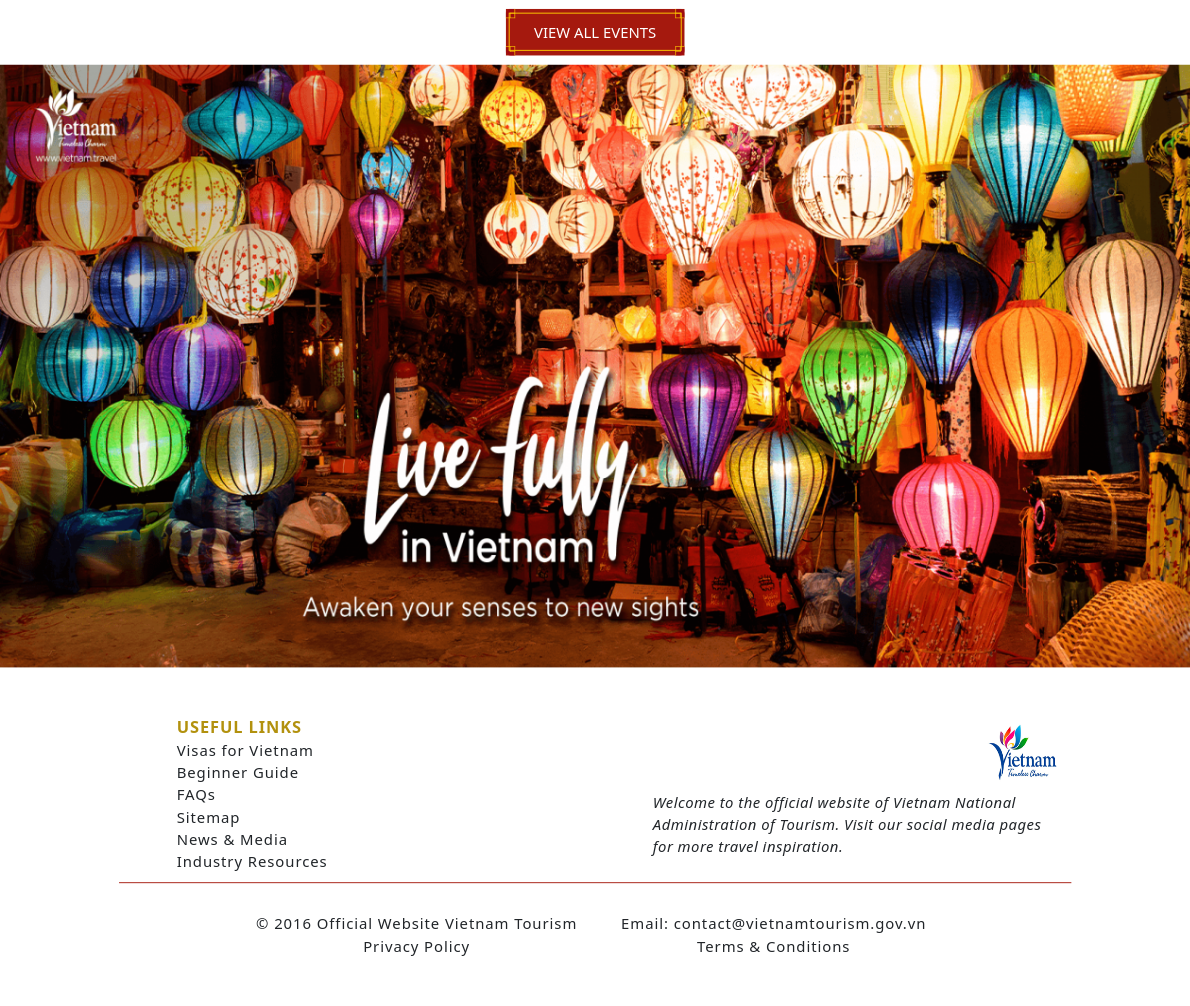
Repository: nguoilaisaochoi/TRAVEL-DEMO
Page: index.html
The author's editor kept a copy of each file at every save. The page is drawn from the files as they stood at one save, then again after a run of saves.
The browser window is 1280 px wide. The pictures show the part of the page from y = 2162 to 3244 px (the page is 3244 px tall before and 2812 px after), at 93% of full size.
A picture or video elsewhere on the page could not be fetched, so the positions and the page height are approximate.

Above is the page before, as saved 2023-03-27 18:41:33.

After the next 3 saves:
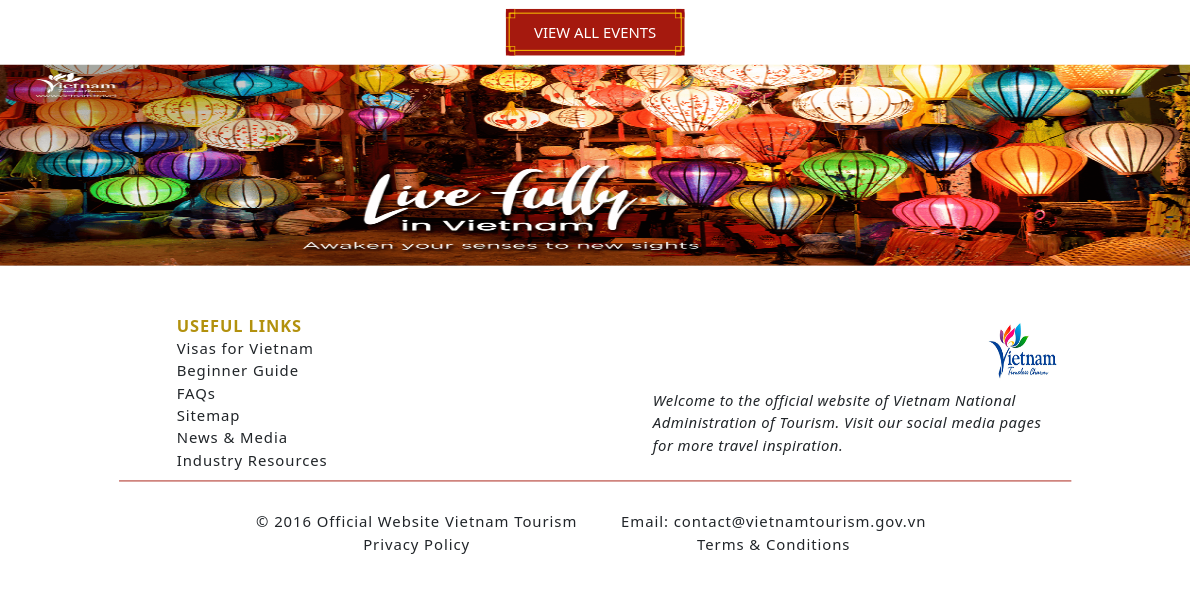
The 3 saves are shown as one change because they came seconds apart.
The last was saved 16 s later.
--- a/index.css
+++ b/index.css
@@ -430,7 +430,7 @@
     margin: auto;
   }
   #VNAT {
-    height: 90%;
+    height: 30%;
   }
 }
 /*--------------DESKTOP--------------------*/
